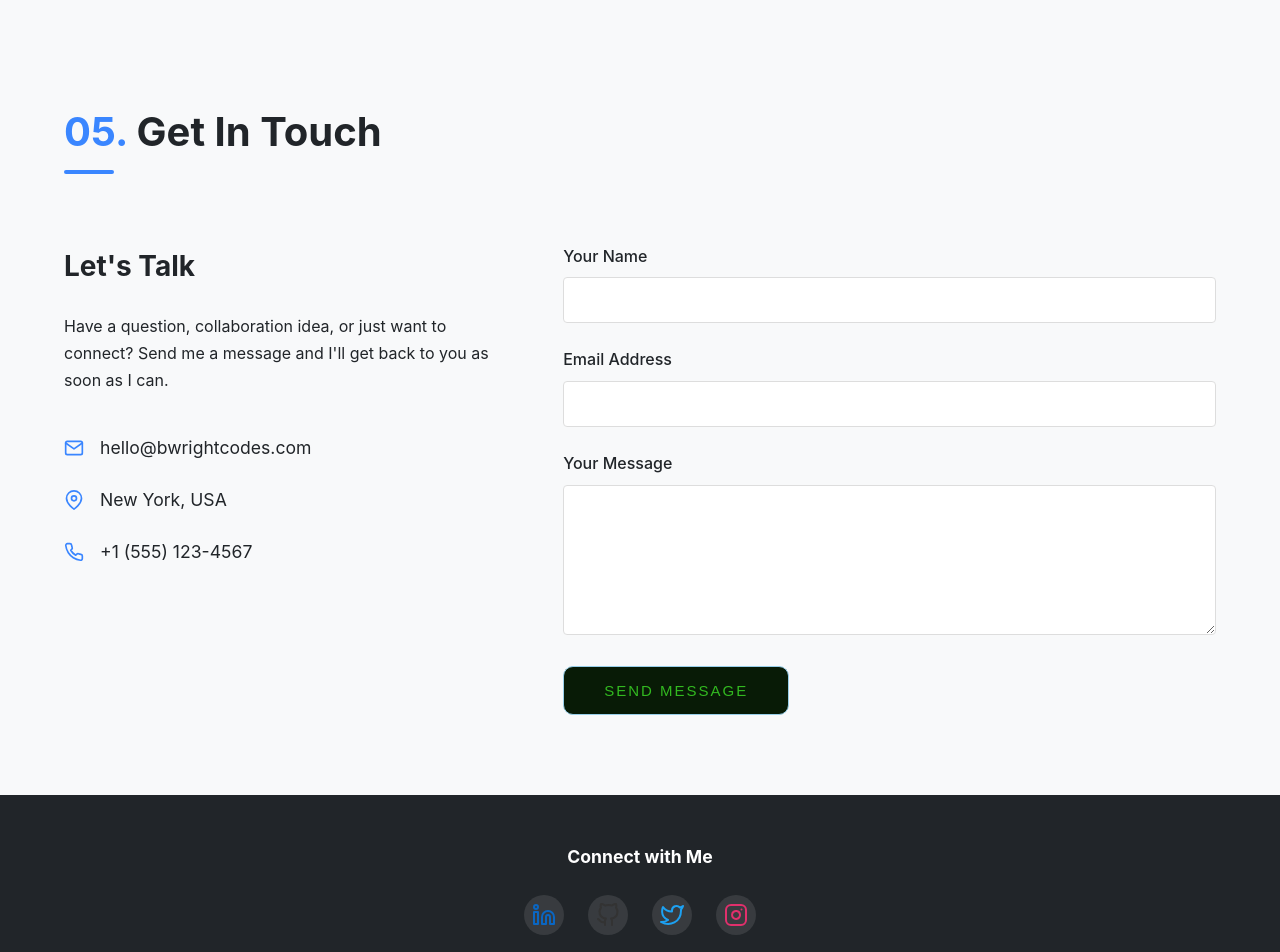
Repository: Bojurie/Portfolio_2022
Page: /
The author's editor kept a copy of each file at every save. The page is drawn from the files as they stood at one save, then again after the next save.
The browser window is 1280 px wide. The pictures show the part of the page from y = 4505 to 5457 px (the page is 5559 px tall before and 5560 px after).
The project was rebuilt for these pictures with package versions that can differ from the ones it lists, and the page was loaded fresh each time. Also part of the build but not shown: src/component/pages/Resume.css, src/component/pages/Resume.js. Imported but missing from the stored project, and not drawn on this page: src/component/Resume.pdf, src/component/images/video.mp4, src/component/videos/Screen Recording 2022-04-01 at 8.22.57 PM.mov, src/component/videos/Screen Recording 2022-04-01 at 8.23.25 PM.mov, src/component/videos/Screen Recording 2022-04-01 at 8.25.20 PM.mov, src/component/videos/Screen Recording 2022-04-01 at 8.27.28 PM.mov, src/component/videos/Screen Recording 2022-04-01 at 8.28.35 PM.mov, src/component/videos/Screen Recording 2022-04-01 at 8.30.37 PM.mov and 3 more.

Above is the page before, as saved 2025-04-22 14:50:13.

After the next save:
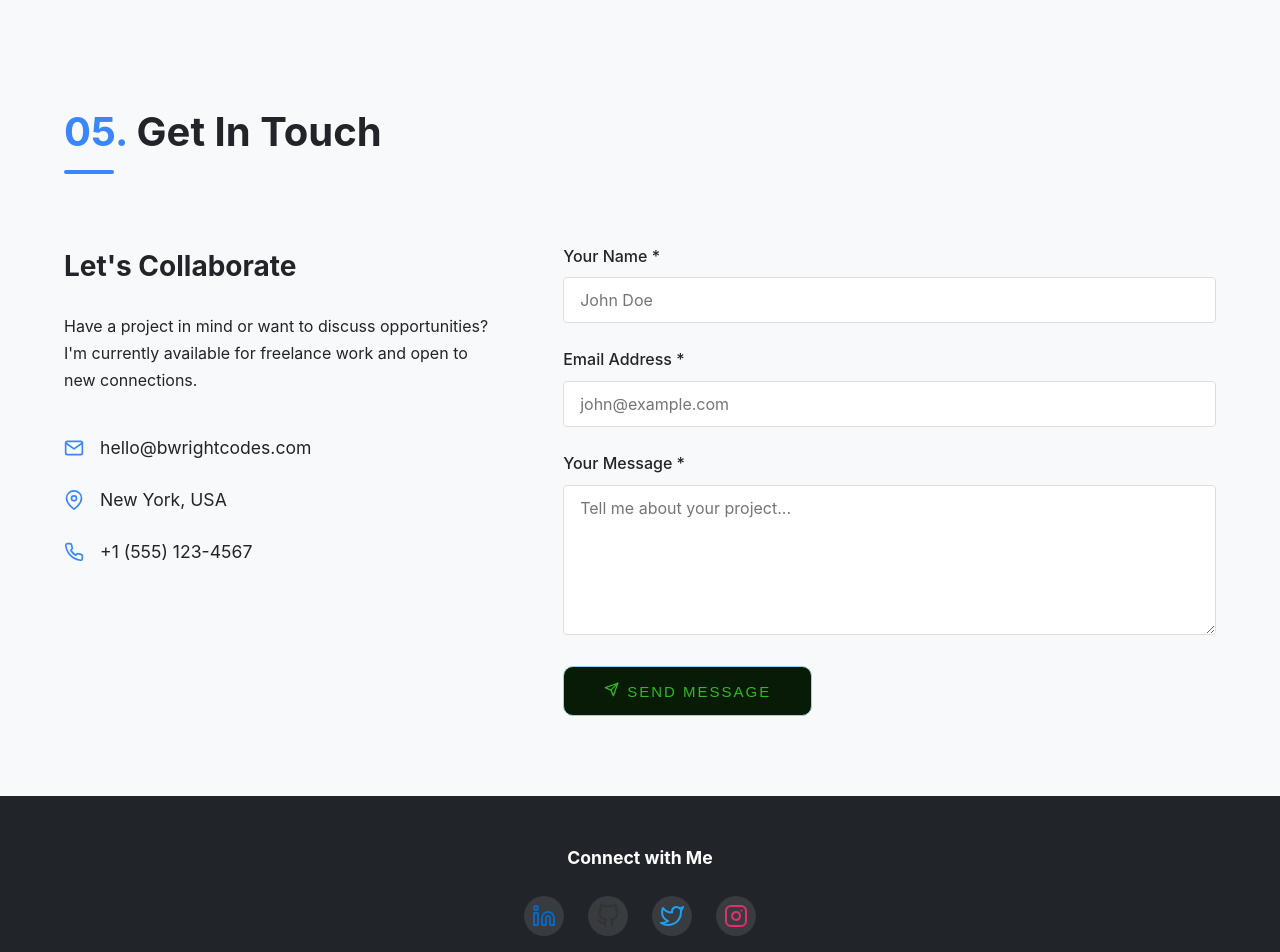
Saved 38 s later.
--- a/src/component/pages/Contact.js
+++ b/src/component/pages/Contact.js
@@ -1,16 +1,18 @@
 import React, { useState, useRef } from "react";
 import { motion } from "framer-motion";
 import emailjs from "@emailjs/browser";
-import { FiMail, FiMapPin, FiPhone } from "react-icons/fi";
+import { FiMail, FiMapPin, FiPhone, FiSend } from "react-icons/fi";
 import Button from "../Button";
 import "./Contact.css";
 
 const Contact = () => {
   const form = useRef();
   const [submitted, setSubmitted] = useState(false);
+  const [isLoading, setIsLoading] = useState(false);
 
   const sendEmail = (e) => {
     e.preventDefault();
+    setIsLoading(true);
 
     emailjs
       .sendForm(
@@ -22,14 +24,15 @@
       .then(
         (result) => {
           setSubmitted(true);
+          setIsLoading(false);
           setTimeout(() => setSubmitted(false), 5000);
+          form.current.reset();
         },
         (error) => {
           console.log(error.text);
+          setIsLoading(false);
         }
       );
-
-    e.target.reset();
   };
 
   return (
@@ -53,10 +56,11 @@
             viewport={{ once: true }}
             transition={{ duration: 0.6 }}
           >
-            <h3 className="contact-subtitle">Let's Talk</h3>
+            <h3 className="contact-subtitle">Let's Collaborate</h3>
             <p className="contact-text">
-              Have a question, collaboration idea, or just want to connect? Send
-              me a message and I'll get back to you as soon as I can.
+              Have a project in mind or want to discuss opportunities? I'm
+              currently available for freelance work and open to new
+              connections.
             </p>
 
             <div className="contact-details">
@@ -91,45 +95,55 @@
                 animate={{ opacity: 1, y: 0 }}
                 exit={{ opacity: 0, y: -10 }}
               >
-                ✅ Message sent! I'll get back to you soon.
+                ✅ Message sent! I'll get back to you within 24 hours.
               </motion.div>
             )}
 
             <div className="form-group">
-              <label htmlFor="name">Your Name</label>
+              <label htmlFor="name">Your Name *</label>
               <input
                 type="text"
                 name="name"
                 id="name"
                 required
                 className="form-input"
+                placeholder="John Doe"
               />
             </div>
 
             <div className="form-group">
-              <label htmlFor="email">Email Address</label>
+              <label htmlFor="email">Email Address *</label>
               <input
                 type="email"
                 name="email"
                 id="email"
                 required
                 className="form-input"
+                placeholder="john@example.com"
               />
             </div>
 
             <div className="form-group">
-              <label htmlFor="message">Your Message</label>
+              <label htmlFor="message">Your Message *</label>
               <textarea
                 name="message"
                 id="message"
                 rows="6"
                 required
                 className="form-textarea"
+                placeholder="Tell me about your project..."
               ></textarea>
             </div>
 
-            <Button type="submit" className="form-submit">
-              Send Message
+            <Button type="submit" className="form-submit" disabled={isLoading}>
+              {isLoading ? (
+                "Sending..."
+              ) : (
+                <>
+                  <FiSend style={{ marginRight: "8px" }} />
+                  Send Message
+                </>
+              )}
             </Button>
           </motion.form>
         </div>

After the 3 saves that followed:
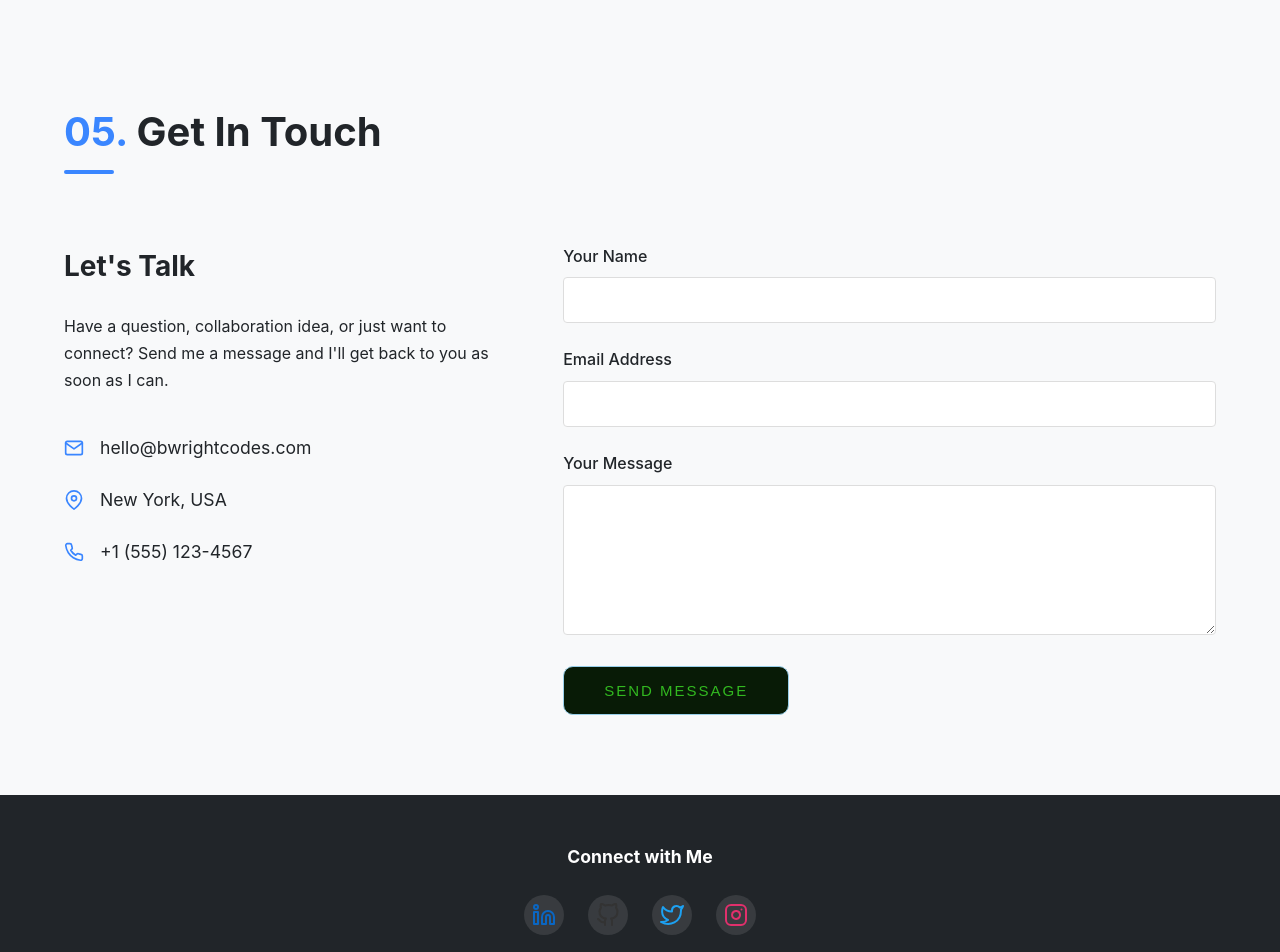
The 3 saves are shown as one change because 2 left the picture as it was.
The last was saved 49 s later.
--- a/src/component/pages/Contact.js
+++ b/src/component/pages/Contact.js
@@ -1,18 +1,16 @@
 import React, { useState, useRef } from "react";
 import { motion } from "framer-motion";
 import emailjs from "@emailjs/browser";
-import { FiMail, FiMapPin, FiPhone, FiSend } from "react-icons/fi";
+import { FiMail, FiMapPin, FiPhone } from "react-icons/fi";
 import Button from "../Button";
 import "./Contact.css";
 
 const Contact = () => {
   const form = useRef();
   const [submitted, setSubmitted] = useState(false);
-  const [isLoading, setIsLoading] = useState(false);
 
   const sendEmail = (e) => {
     e.preventDefault();
-    setIsLoading(true);
 
     emailjs
       .sendForm(
@@ -24,15 +22,14 @@
       .then(
         (result) => {
           setSubmitted(true);
-          setIsLoading(false);
           setTimeout(() => setSubmitted(false), 5000);
-          form.current.reset();
         },
         (error) => {
           console.log(error.text);
-          setIsLoading(false);
         }
       );
+
+    e.target.reset();
   };
 
   return (
@@ -56,11 +53,10 @@
             viewport={{ once: true }}
             transition={{ duration: 0.6 }}
           >
-            <h3 className="contact-subtitle">Let's Collaborate</h3>
+            <h3 className="contact-subtitle">Let's Talk</h3>
             <p className="contact-text">
-              Have a project in mind or want to discuss opportunities? I'm
-              currently available for freelance work and open to new
-              connections.
+              Have a question, collaboration idea, or just want to connect? Send
+              me a message and I'll get back to you as soon as I can.
             </p>
 
             <div className="contact-details">
@@ -95,55 +91,45 @@
                 animate={{ opacity: 1, y: 0 }}
                 exit={{ opacity: 0, y: -10 }}
               >
-                ✅ Message sent! I'll get back to you within 24 hours.
+                ✅ Message sent! I'll get back to you soon.
               </motion.div>
             )}
 
             <div className="form-group">
-              <label htmlFor="name">Your Name *</label>
+              <label htmlFor="name">Your Name</label>
               <input
                 type="text"
                 name="name"
                 id="name"
                 required
                 className="form-input"
-                placeholder="John Doe"
               />
             </div>
 
             <div className="form-group">
-              <label htmlFor="email">Email Address *</label>
+              <label htmlFor="email">Email Address</label>
               <input
                 type="email"
                 name="email"
                 id="email"
                 required
                 className="form-input"
-                placeholder="john@example.com"
               />
             </div>
 
             <div className="form-group">
-              <label htmlFor="message">Your Message *</label>
+              <label htmlFor="message">Your Message</label>
               <textarea
                 name="message"
                 id="message"
                 rows="6"
                 required
                 className="form-textarea"
-                placeholder="Tell me about your project..."
               ></textarea>
             </div>
 
-            <Button type="submit" className="form-submit" disabled={isLoading}>
-              {isLoading ? (
-                "Sending..."
-              ) : (
-                <>
-                  <FiSend style={{ marginRight: "8px" }} />
-                  Send Message
-                </>
-              )}
+            <Button type="submit" className="form-submit">
+              Send Message
             </Button>
           </motion.form>
         </div>
